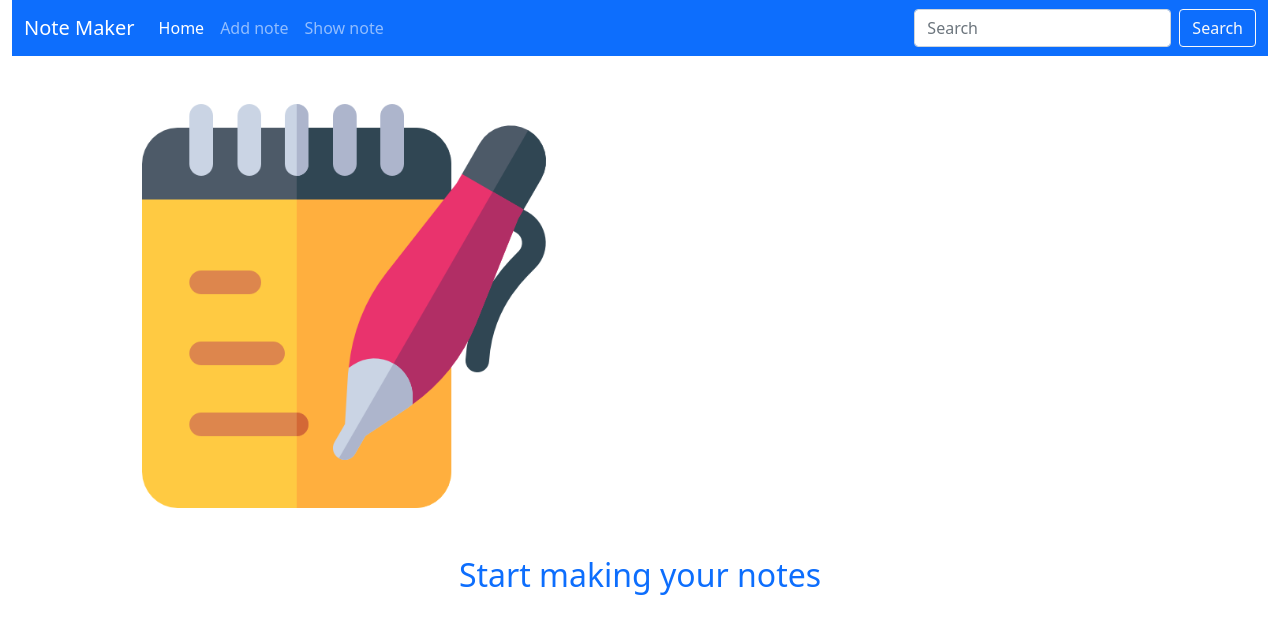
Repository: sachin1830/hibernateproject
Page: http://localhost/com.todolist/
An editor plug-in stored every save of this project. The page is shown before and after the next save, followed by the edit.
The browser window is 1280 px wide. The pictures show the whole page.
Some web libraries are served in a nearby version. The page is served by Tomcat 9.

Above is the page before, as saved 2021-01-23 06:00:45.

After the next save:
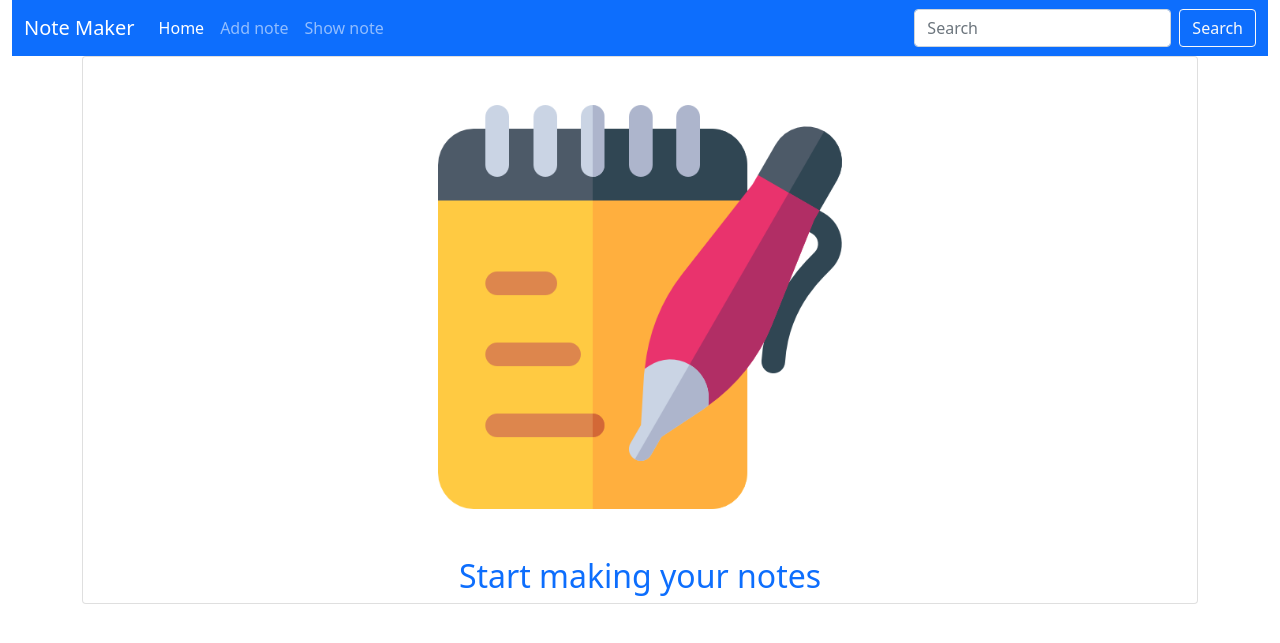
Saved 14 s later.
--- a/com.todolist/src/main/webapp/index.jsp
+++ b/com.todolist/src/main/webapp/index.jsp
@@ -15,7 +15,7 @@
   		<%@include file="navbar.jsp" %>
   	</div>
   	<div class="container">
-  		<div class="container">
+  		<div class="card">
   			<img src="img/notes.png" alt="image not found" style="max-width:500px" class="img-fluid mx-auto p-5">
   			<h2 class="text-center text-primary">Start making your notes</h2>
   		</div>
